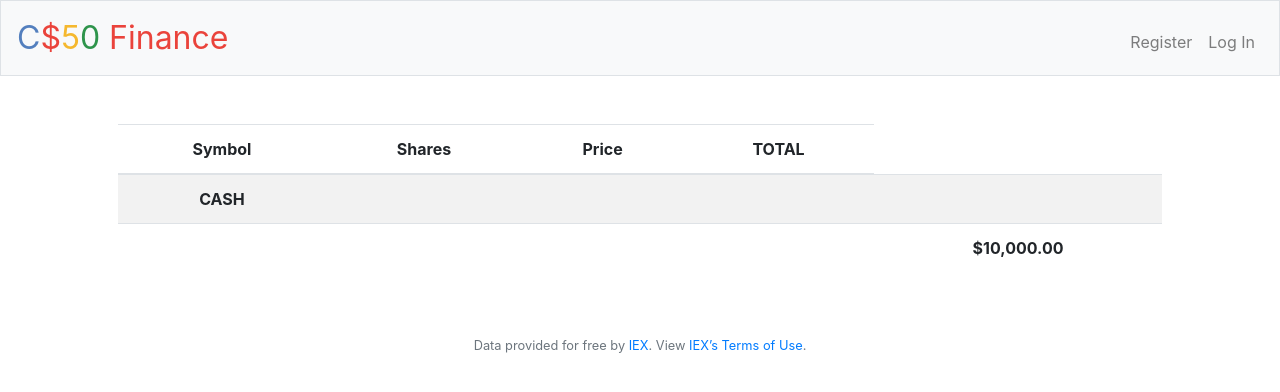
Repository: tavrora/cs50_ide
Page: pset8/finance/templates/history.html
The author's editor kept a record of every edit. The page is drawn from the files as they stood at one moment, then again after the next edit.
The browser window is 1280 px wide. The pictures show the whole page.
The template is drawn by Flask 3. The application's start-up code is not run. Other server files are loaded and not shown. The template is opened directly, without the code that normally fills it, so the values that code supplies are empty.

Above is the page before.

### pset8/finance/templates/history.html
{% extends "layout.html" %}

{% block title %}
    Index
{% endblock %}

{% block main %}
    <table class="table table-striped">
        <thead>
            <tr>
                <th scope="col">Symbol</th>
                <th scope="col">Shares</th>
                <th scope="col">Price</th>
                <th scope="col">TOTAL</th>
            </tr>
        </thead>
        <tfoot>
            <tr>
                <td colspan="4"></td>
                <td><b>$10,000.00</b></td>
            </tr>
        </tfoot>
        <tbody>

            {% for info in infoView %}
            <tr>
                <td>{{ info['symbol'] }}</td>
                <td>{{ info['name'] }}</td>
                <td>{{ info['shares'] }}</td>
                <td>{{ info['price'] }}</td>
                <td>{{ info['total'] }}</td>
            </tr>
            {% endfor %}

            <tr>
                <th scope="row">CASH</th>
                <td></td>
                <td></td>
                <td></td>
                <td>{{ userCashFormat }}</td>
            </tr>
        </tbody>
    </table>

{% endblock %}

### pset8/finance/templates/layout.html
<!DOCTYPE html>

<html lang="en">

    <head>

        <!-- Required meta tags -->
        <meta charset="utf-8">
        <meta name="viewport" content="width=device-width, initial-scale=1, shrink-to-fit=no">

        <!-- documentation at http://getbootstrap.com/docs/4.1/, alternative themes at https://bootswatch.com/ -->
        <link href="https://maxcdn.bootstrapcdn.com/bootstrap/4.1.3/css/bootstrap.min.css" rel="stylesheet">

        <!-- https://favicon.io/emoji-favicons/money-mouth-face/ -->
        <link href="/static/favicon.ico" rel="icon">

        <link href="/static/styles.css" rel="stylesheet">

        <script src="https://code.jquery.com/jquery-3.3.1.min.js"></script>
        <script src="https://cdnjs.cloudflare.com/ajax/libs/popper.js/1.14.3/umd/popper.min.js"></script>
        <script src="https://maxcdn.bootstrapcdn.com/bootstrap/4.1.3/js/bootstrap.min.js"></script>

        <title>C$50 Finance: {% block title %}{% endblock %}</title>

    </head>

    <body>

        <nav class="navbar navbar-expand-md navbar-light bg-light border">
            <a class="navbar-brand" href="/"><span class="blue">C</span><span class="red">$</span><span class="yellow">5</span><span class="green">0</span> <span class="red">Finance</span></a>
            <button aria-controls="navbar" aria-expanded="false" aria-label="Toggle navigation" class="navbar-toggler" data-target="#navbar" data-toggle="collapse" type="button">
                <span class="navbar-toggler-icon"></span>
            </button>
            <div class="collapse navbar-collapse" id="navbar">
                {% if session.user_id %}
                    <ul class="navbar-nav mr-auto mt-2">
                        <li class="nav-item"><a class="nav-link" href="/quote">Quote</a></li>
                        <li class="nav-item"><a class="nav-link" href="/buy">Buy</a></li>
                        <li class="nav-item"><a class="nav-link" href="/sell">Sell</a></li>
                        <li class="nav-item"><a class="nav-link" href="/history">History</a></li>
                    </ul>
                    <ul class="navbar-nav ml-auto mt-2">
                        <li class="nav-item"><a class="nav-link" href="/cash">Add cash</a></li>
                        <li class="nav-item"><a class="nav-link" href="/logout">Log Out</a></li>
                    </ul>
                {% else %}
                    <ul class="navbar-nav ml-auto mt-2">
                        <li class="nav-item"><a class="nav-link" href="/register">Register</a></li>
                        <li class="nav-item"><a class="nav-link" href="/login">Log In</a></li>
                    </ul>
                {% endif %}
            </div>
        </nav>

        {% if get_flashed_messages() %}
            <header>
                <div class="alert alert-primary border text-center" role="alert">
                    {{ get_flashed_messages() | join(" ") }}
                </div>
            </header>
        {% endif %}

        <main class="container p-5">
            {% block main %}{% endblock %}
        </main>

        <footer class="small text-center text-muted">
            Data provided for free by <a href="https://iextrading.com/developer">IEX</a>. View <a href="https://iextrading.com/api-exhibit-a/">IEX’s Terms of Use</a>.
        </footer>

    </body>

</html>

Loaded but not shown: pset8/finance/static/styles.css (common file)

After the next edit:
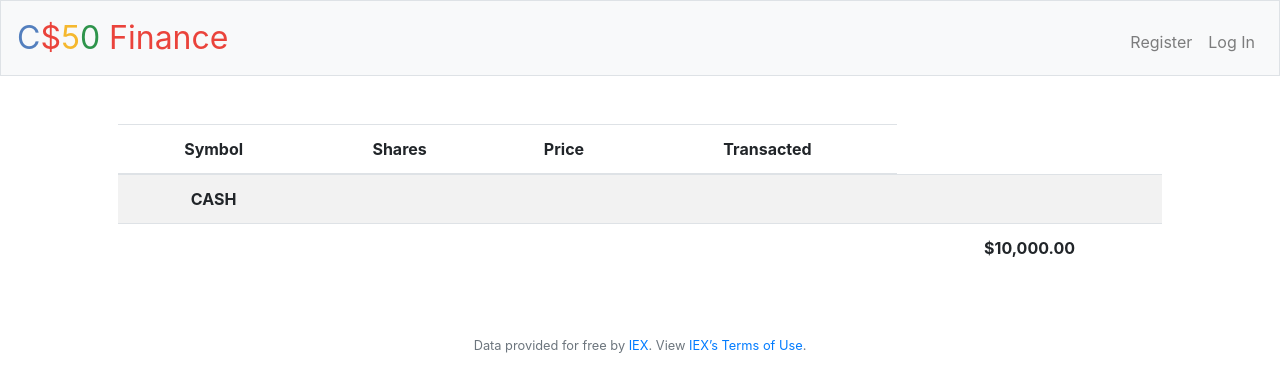
The edit:
--- a/pset8/finance/templates/history.html
+++ b/pset8/finance/templates/history.html
@@ -11,7 +11,7 @@
                 <th scope="col">Symbol</th>
                 <th scope="col">Shares</th>
                 <th scope="col">Price</th>
-                <th scope="col">TOTAL</th>
+                <th scope="col">Transacted</th>
             </tr>
         </thead>
         <tfoot>
